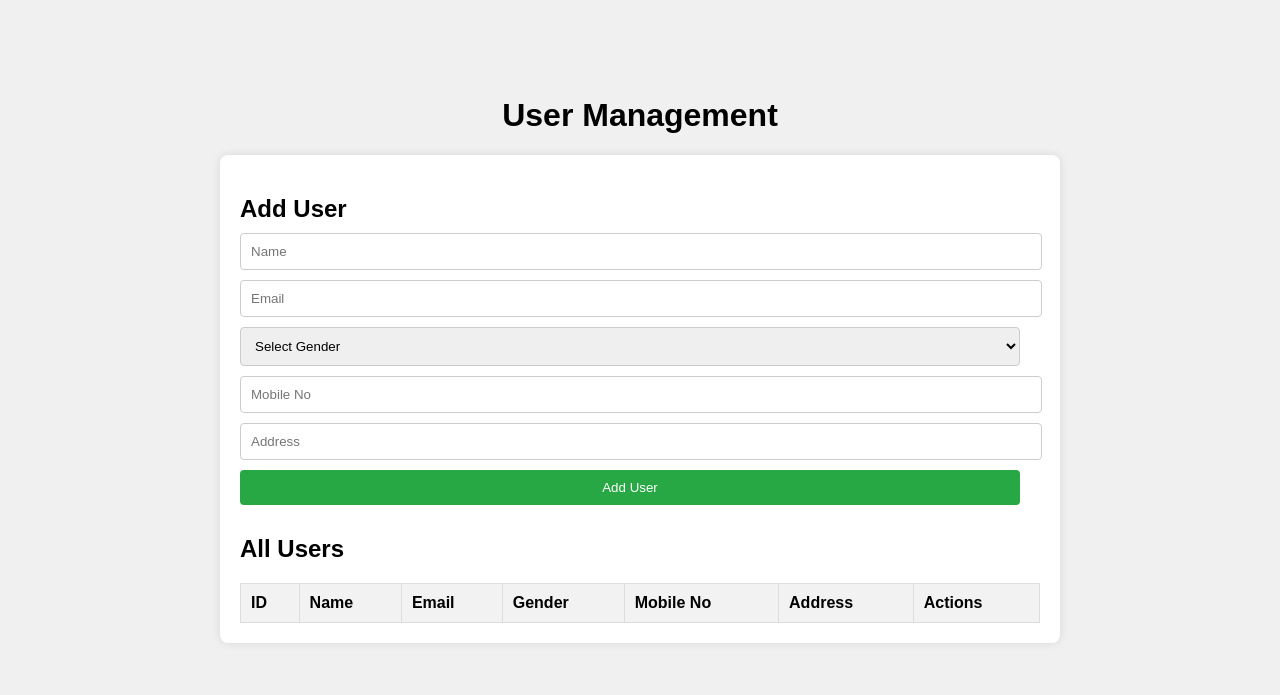
Repository: kushwahvikash/curd-operation
Page: curd-operation/src/main/resources/static/index.html
An editor plug-in stored every save of this project. The page is shown before and after the next save, followed by the edit.
The browser window is 1280 px wide. The pictures show the whole page.
The page's requests for data from a server got no answer.

Above is the page before, as saved 2024-07-24 14:52:25.

After the next save:
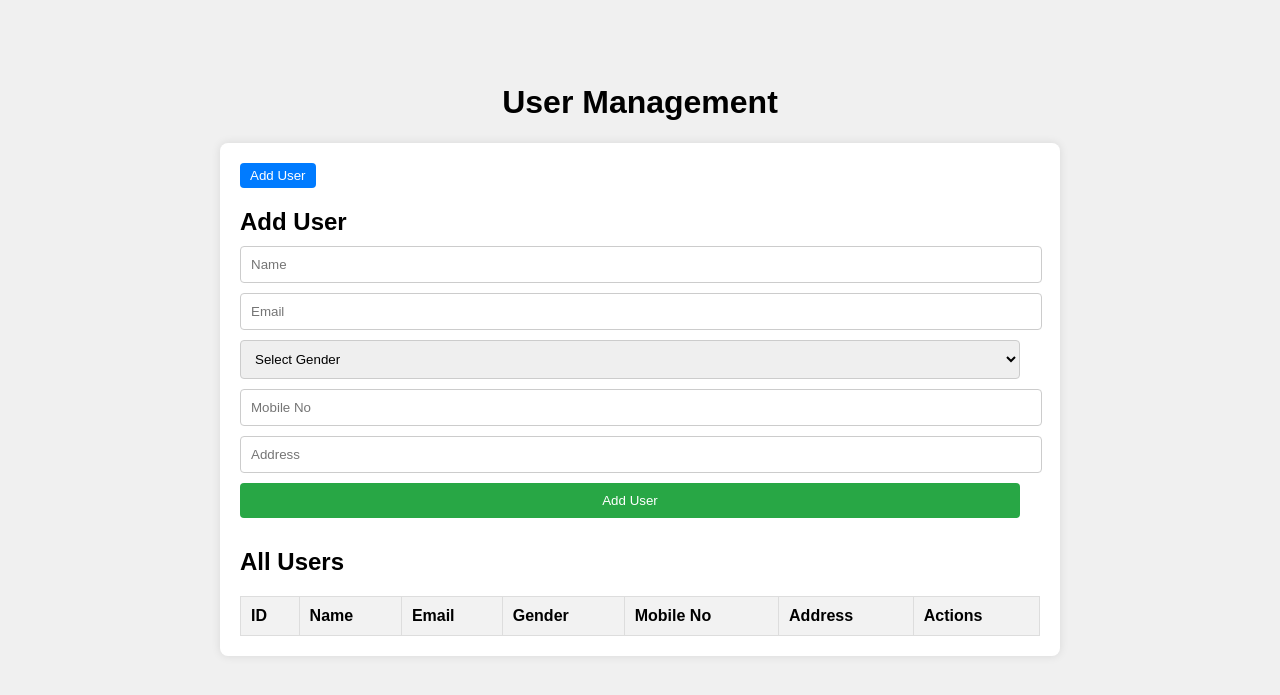
Saved 2 min 23 s later.
--- a/curd-operation/src/main/resources/static/index.html
+++ b/curd-operation/src/main/resources/static/index.html
@@ -98,6 +98,9 @@
 <body>
     <h1>User Management</h1>
     <div class="container">
+        <!-- Add User Button -->
+        <button onclick="showAddForm()" class="btn btn-edit">Add User</button>
+
         <!-- Add User Form -->
         <div class="form-container">
             <h2>Add User</h2>
@@ -197,6 +200,7 @@
                 if (response.status === 201) {
                     loadUsers();
                     resetAddForm();
+                    showAddForm(); // Ensure add form is visible after adding
                 }
             });
         }
@@ -262,6 +266,11 @@
             document.getElementById('address').value = '';
         }
 
+        function showAddForm() {
+            toggleForms(false);
+            resetAddForm();
+        }
+
         function cancelEdit() {
             toggleForms(false);
         }
